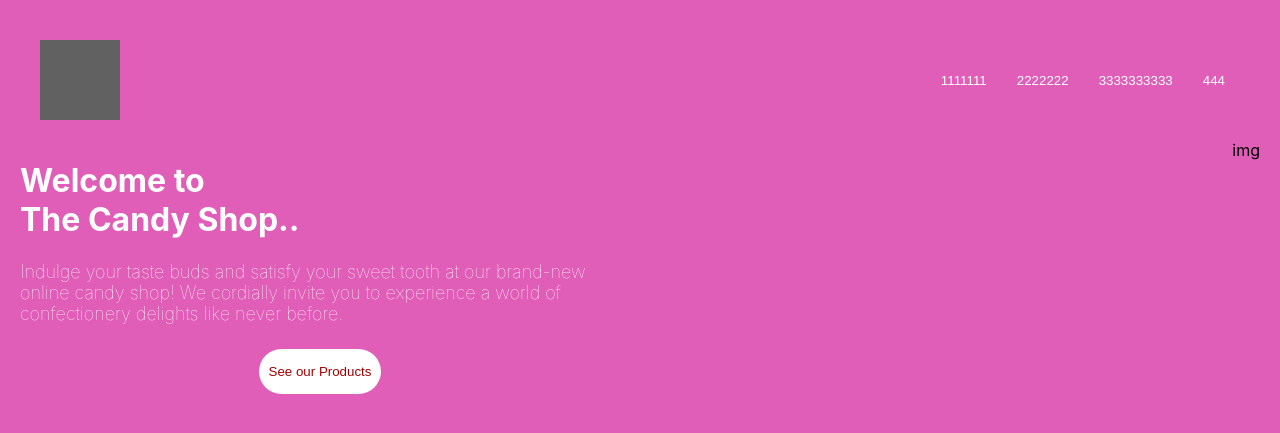
Repository: nika-otter/CandyShop
Page: /
The author's editor kept a copy of each file at every save. The page is drawn from the files as they stood at one save, then again after the next save.
The browser window is 1280 px wide. The pictures show the whole page.
Pictures or frames that could not be fetched are drawn as grey boxes. An inner scrolling area shows only its first screen. The project was rebuilt for these pictures with package versions that can differ from the ones it lists, and the page was loaded fresh each time.

Above is the page before, as saved 2023-06-11 09:57:13.

### src/App.js
import "./App.css";
import Main from "./Pages/Main";

function App() {
  return (
    <div className="App">
      <Main />
    </div>
  );
}

export default App;

### src/App.css
.App {
  text-align: center;
  /* scrollbar-width: none; */
}

.App-logo {
  height: 40vmin;
  pointer-events: none;
}

@media (prefers-reduced-motion: no-preference) {
  .App-logo {
    animation: App-logo-spin infinite 20s linear;
  }
}

.App-header {
  background-color: #282c34;
  min-height: 100vh;
  display: flex;
  flex-direction: column;
  align-items: center;
  justify-content: center;
  font-size: calc(10px + 2vmin);
  color: white;
}

.App-link {
  color: #61dafb;
}

@keyframes App-logo-spin {
  from {
    transform: rotate(0deg);
  }
  to {
    transform: rotate(360deg);
  }
}

### src/Pages/Main.jsx
import Cupcake from "../components/Cupcake";
import Map from "../components/Map";
import Reviews from "../components/Reviews";
import We from "../components/We";
import WhatWeDo from "../components/WhatWeDo";
import classes from "./Main.module.scss";

function Main() {
  return (
    <div className={classes.container}>
      <Cupcake />
      <We />
      <WhatWeDo />
      <Reviews />
      <Map />
    </div>
  );
}

export default Main;

### src/components/Cupcake.jsx
import classes from "./Cupcake.module.scss";
import Nav from "./Nav";
function Cupcake() {
  return (
    <div className={classes.container}>
      <Nav />
      <div className={classes.content}>
        <div className={classes.info}>
          <h1 className={classes.cupcake__title}>
            Welcome to
            <br />
            The Candy Shop..
          </h1>
          <h2 className={classes.cupcake__subtitle}>
            Indulge your taste buds and satisfy your sweet tooth at our
            brand-new online candy shop! We cordially invite you to experience a
            world of confectionery delights like never before.
          </h2>
          <button className={classes.cupcake__button}>See our Products</button>
        </div>
        <div className={classes.cupcake}>img</div>
      </div>
    </div>
  );
}

export default Cupcake;

### src/components/Map.jsx
import classes from "./Map.module.scss";
function Map() {
  return <div className={classes.container}></div>;
}

export default Map;

### src/components/Reviews.jsx
import classes from "./Reviews.module.scss";
function Reviews() {
  return <div className={classes.container}>Reviews</div>;
}

export default Reviews;

### src/components/We.jsx
import classes from "./We.module.scss";
function We() {
  return <div className={classes.container}>We</div>;
}

export default We;

### src/components/WhatWeDo.jsx
import classes from "./WhatWeDo.module.scss";
function WhatWeDo() {
  return <div className={classes.container}>WhatWeDo</div>;
}

export default WhatWeDo;

### src/Pages/Main.module.scss
.container {
  height: 100vh;
  background-color: pink;
  scroll-snap-type: y mandatory;
  scroll-behavior: smooth;
  overflow-y: auto;
  scrollbar-width: none;
  &::-webkit-scrollbar {
    display: none;
  }
}

### src/components/Cupcake.module.scss
.container {
  height: 100vh;
  background-color: rgb(224, 94, 183);
  scroll-snap-align: center;
  max-width: 1400px;
  padding: 20px;
}
.content {
  display: flex;
  justify-content: space-between;
}
.info {
  width: 600px;
  button {
    background-color: white;
    border: none;
    border-radius: 30px;
    cursor: pointer;
    padding: 15px 10px;
    margin: 10px;
    color: rgb(165, 0, 0);
    &:hover {
    }
  }
}
.cupcake__title {
  //   font-size: large;
  color: white;
  text-align: start;
}
.cupcake__subtitle {
  color: white;
  font-weight: 100;
  font-size: large;
  text-align: start;
}
.cupcake {
  //   width: 500vw;
}

### src/components/Nav.jsx
import classes from "./Nav.module.scss";
function Nav() {
  return (
    <nav className={classes.container}>
      <img
        src="https://cdn-icons-png.flaticon.com/512/1888/1888765.png"
        alt=""
      />
      <div>
        {" "}
        <button>1111111</button>
        <button>2222222</button>
        <button>3333333333</button>
        <button>444</button>
      </div>
    </nav>
  );
}

export default Nav;

### src/components/Map.module.scss
.container {
  height: 100vh;
  background-color: rgb(205, 127, 140);
  scroll-snap-align: center;
}

### src/components/Reviews.module.scss
.container {
  height: 100vh;
  background-color: pink;
  scroll-snap-align: center;
}

### src/components/We.module.scss
.container {
  height: 100vh;
  background-color: rgb(209, 183, 188);
  scroll-snap-align: center;
}

### src/components/WhatWeDo.module.scss
.container {
  height: 100vh;
  background-color: rgb(171, 116, 125);
  scroll-snap-align: center;
}

### src/components/Nav.module.scss
.container {
  display: flex;
  justify-content: space-between;
  padding: 20px;
  max-width: 1400px;
  align-items: center;
  img {
    width: 80px;
    height: 80px;
    filter: invert(100%);
  }
  button {
    background-color: transparent;
    border: none;
    cursor: pointer;
    padding: 5px;
    margin: 10px;
    color: white;
    &:hover {
      background-color: #f5f5f530;
      border-radius: 5px;
    }
  }
}

Loaded but not shown: public/index.html (common file); src/index.js (common file); src/index.css (common file)

After the next save:
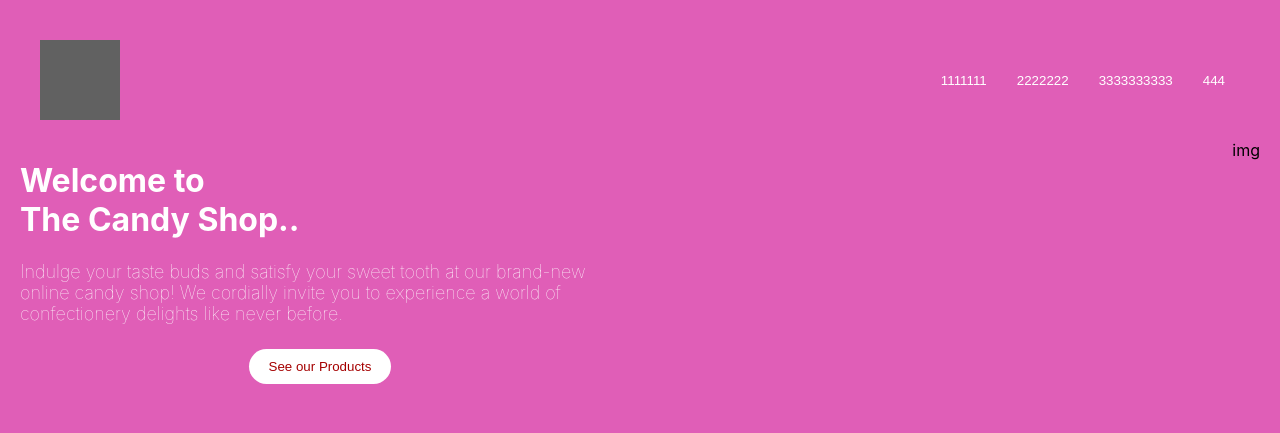
Saved 9 s later.
--- a/src/components/Cupcake.module.scss
+++ b/src/components/Cupcake.module.scss
@@ -16,7 +16,7 @@
     border: none;
     border-radius: 30px;
     cursor: pointer;
-    padding: 15px 10px;
+    padding: 10px 20px;
     margin: 10px;
     color: rgb(165, 0, 0);
     &:hover {
